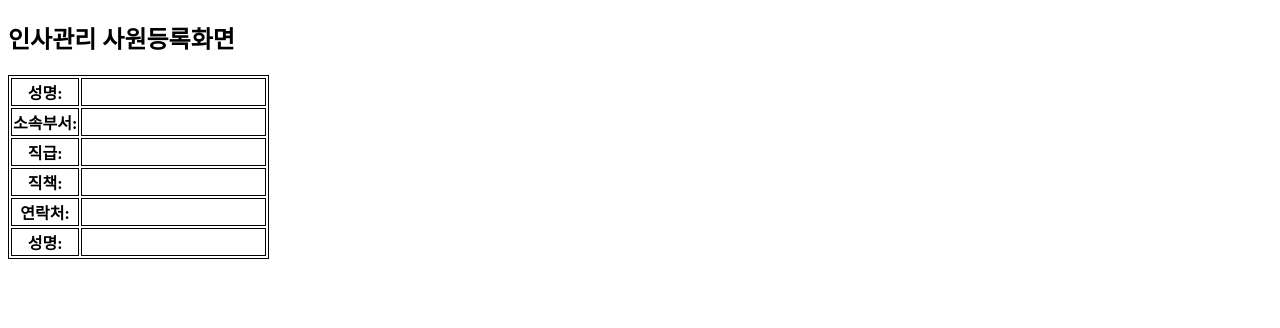
Repository: guguping/finalTestStudy
Page: http://localhost/test1/saveMemberForm.jsp
These files come from the project's save history. The page is drawn as it stood at one moment and after the next save; the edit follows.
The browser window is 1280 px wide. The pictures show the whole page.
The page is served by Tomcat 9.

Above is the page before, as saved 2023-07-28 02:46:24.

### test1/src/main/webapp/saveMemberForm.jsp
<%@ page language="java" contentType="text/html; charset=UTF-8"
    pageEncoding="UTF-8"%>
<!DOCTYPE html>
<html>
<head>
<meta charset="UTF-8">
<title>Insert title here</title>
<style>
	table, tr, td, th {
		border: 1px solid black;
		text-align: center;
	}
	input {
		border: none;
		outline: none;
	}
</style>
</head>
<body>
	<h2>인사관리 사원등록화면</h2>
	<form action="saveMemberForm.jsp" method="post">
	<table>
		<tr>
			<th><label for="name">성명: </label></th>
			<th><input type="text" id="name" name="name"></th>
		</tr>
		<tr>
			<th><label for="dept">소속부서: </label></th>
			<th><input type="text" id="dept" name="dept"></th>
		</tr>
		<tr>
			<th><label for="position">직급: </label></th>
			<th><input type="text" id="position" name="position"></th>
		</tr>
		<tr>
			<th><label for="duty">직책: </label></th>
			<th><input type="text" id="duty" name="duty"></th>
		</tr>
		<tr>
			<th><label for="phone">연락처: </label></th>
			<th><input type="text" id="phone" name="phone"></th>
		</tr>
		<tr>
			<th><label for="name">성명: </label></th>
			<th><input type="text" id="name" name="name"></th>
		</tr>
	</table>
	</form>
</body>
</html>

After the next save:
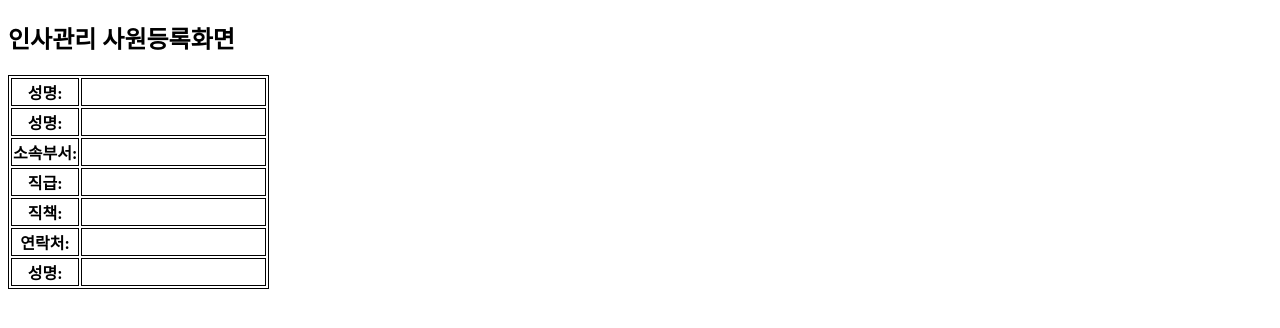
Saved 78 s later.
--- a/test1/src/main/webapp/saveMemberForm.jsp
+++ b/test1/src/main/webapp/saveMemberForm.jsp
@@ -20,6 +20,10 @@
 	<h2>인사관리 사원등록화면</h2>
 	<form action="saveMemberForm.jsp" method="post">
 	<table>
+		<tr>
+			<th><label for="name">성명: </label></th>
+			<th><input type="text" id="name" name="name"></th>
+		</tr>
 		<tr>
 			<th><label for="name">성명: </label></th>
 			<th><input type="text" id="name" name="name"></th>
